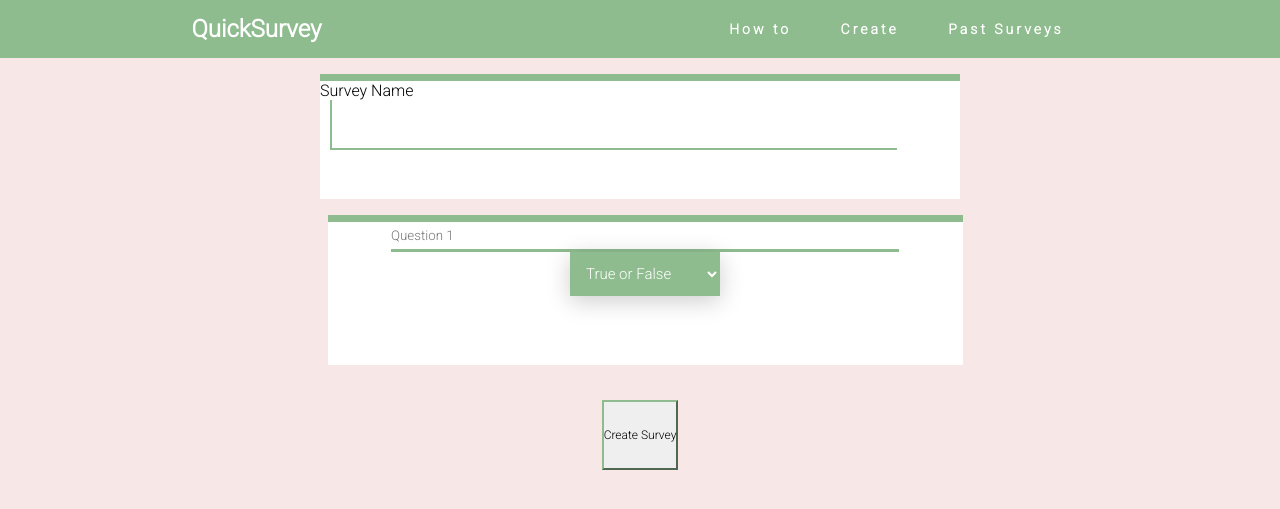
Repository: cakuang1/QuickSurvey
Page: create.html
The author's editor kept a copy of each file at every save. The page is drawn from the files as they stood at one save, then again after the next save.
The browser window is 1280 px wide. The pictures show the whole page.
Some web libraries are served in a nearby version.

Above is the page before, as saved 2022-01-08 23:11:10.

### create.html
<!DOCTYPE html>
<html>
<head>
    <title>QuickSurvey</title>
    <link href="https://fonts.googleapis.com/css2?family=Roboto:wght@300&display=swap" rel="stylesheet">
    <meta charset="UTF-8">
    <link rel="stylesheet" href="style.css">

    <script src="https://kit.fontawesome.com/71865f0e2e.js" crossorigin="anonymous"></script>


</head>

<body>
        <nav class="navbar">
            <div class = 'heading'>
                <h2 id = "logo">QuickSurvey</h2>
            </div>
            <ul class="nav-menu">
                <li><a href="index.html" >How to</a></li>
                <li><a href="create.html">Create</a></li>
                <li><a href="pastsurveys.html">Past Surveys</a></li>
            </ul>
        </nav>

    </div>
    <div class="namecontainer">
        <label>Survey Name </label>
        <form ><input type="text" id = "testing"Survey name="Name"></form>

    </div>
    <form action="">
        <div class = "formdiv">
            <input type="text" class="inps" placeholder="Question 1">
            <select name="" class="selectors">
                <option value="TF">True or False</option>
                <option value="SR">Short Response</option>


            </select>
        </div>
    </form>
    <div align = "center">
    <button class = "adds">  Add    </button><br>
    <button class = "creates">Create Survey</button>
    </div>
</body>
<script src="app.js"></script>
</html>

### style.css
* {
    box-sizing: border-box;
    margin: 0;
    padding: 0;
    font-family: 'Roboto', sans-serif;
}
body{
    background-color: #f7e7e7;


}
nav {
    display: flex;
    justify-content: space-around;
    align-items: center;
    min-height: 8vh;
    background-color: darkseagreen;
}

.nav-menu {
    display: flex;
    justify-content: space-around;
    width: 30%;
}


.creates {
    text-align: center;
    max-width: 140px;
    height:70px;

    padding: 0;
    border-color: darkseagreen;
    color: #000;
    font-size: 12px;
}
.nav-menu li {
    list-style: none;
}
.nav-menu a{
    color:white;
    text-decoration: none;
    letter-spacing: 3px;
    font-weight: bold;
    font-size: 14px;
    padding: 14px 16px;

}
.nav-menu li a:hover:not(.active){
    background-color: lightseagreen;
}
.nav-ment li a.active {
    background-color: darkseagreen;
}



.namecontainer {
    background-color: white;
    width: 50%;
    margin: auto;
    margin-bottom: 1em;
    margin-top: 1em;
    border-top: 7px solid darkseagreen;
    height: 125px;

}

.namecontainer:active {
    background-color: red;
}

.namecontainer input {
    width: 90%;
    height: 50px;
    background: transparent;
    border-top: none;
    border-right: none;
    border-left: 2px solid darkseagreen;
    border-bottom: 2px solid darkseagreen;
    font-size: 35px;
    outline: none;
    padding-top: 20px;
    display: inline-block
}
.adds {
    border: none;
}

h1 {
    text-indent: 10px;
    color:  darkseagreen;
}

form {
    padding-left: 10px;
}
.fas {
    color: gray;
    font-size: 30px;

}
.fas:hover {

    color: darkseagreen;
}

#home {
    background-color: rgb(176, 226, 176);
}

#logo {
    color: white;
}

#listcontainer {
    padding-top: 100px;
    width: fit-content;
    margin: auto;

}

ol {
    padding-top: 25px;
}

ol li {
    font-size: 50px;
    color: white;

}

.formdiv {
    background-color: white;
    width: 50%;margin: auto;margin-bottom: 1em; margin-top: 1em;border-top: 7px solid darkseagreen;
    text-align: center;
    height: 150px;
}


.formdiv .inps{
    height: 30px;
    border-bottom: solid darkseagreen;
    border-left: none;
    border-top: none;
    border-right: none;
    width: 80%;



}

.upperdiv {
    background-color: darkseagreen;
    margin: auto;
    margin-top: 80px;
    width: 60%;
    height: 50px;
    text-align: center;
    line-height: 50px;

}
.wrapper {
    background-color: darkseagreen;
    display: flex;
    flex-direction: column;
    min-height: 100px;
    width: 60%;
    margin: auto;
    margin-top: 10px;


}
.wrapper .holders {
    background-color:whitesmoke;
    margin:10px;
    height: 50px;
}

.formdiv select {
    background-color: darkseagreen;
    color: white;
    padding: 12px;
    width: 150px;
    border: none;
    font-size: 15px;
    box-shadow: 0 5px 25px rgba(0, 0, 0, 0.2);
    -webkit-appearance: button;
    appearance: button;
    outline: none;
  }

### app.js
//selectors
let addbutton = document.querySelector(".adds");
const list = document.querySelector("div");
const endbutton =document.querySelector(".creates");
let questionsdivs = document.querySelectorAll(".formdivs")
let array = [];

// creatinig formstruction
const formstructure = document.createElement('select');
const option1 = document.createElement('option');
const option2 = document.createElement('option');
const option3 = document.createElement('option');
option1.innerText = "True or False";
option2.innerText = "Yes or No";
option3.innerText = "Multiple choice";
formstructure.appendChild(option1);
formstructure.appendChild(option2);
formstructure.appendChild(option3);




// creating question container
let newdiv = document.createElement("div");
let linebreak = document.createElement("br");
let linebreak2 = document.createElement("br");
let newform = document.createElement("form");
let inp = document.createElement("input");
inp.setAttribute("placeholder","Question")
let fcopy = formstructure.cloneNode(true);
newdiv.appendChild(newform);
newform.appendChild(inp);
newform.appendChild(fcopy);
newdiv.appendChild(linebreak);
newdiv.appendChild(addbutton);
newdiv.appendChild(linebreak2);

newdiv.classList.add("formdiv");


addbutton.addEventListener("click",addanother);

function addanother() {
    let clone = newdiv.cloneNode(true);
    console.log(clone);
    selectedbutton.classList.add("questionsbuttons");
    document.body.appendChild(clone);
    document.body.appendChild(endbutton);
    array.push(newdiv);
    console.log(array);
}



let formselector = document.querySelectorAll('formdiv')

function emptyinput(input) {
    if (inputtxt.value.length == 0)
    {
        return true;
    }
    else {
        return false;

    }
}


endbutton.addEventListener("submit",generateform)


function generateform() {
    if (array.length == 0) {
        alert('no questions dumbo');
        return ;
    }




}

After the next save:
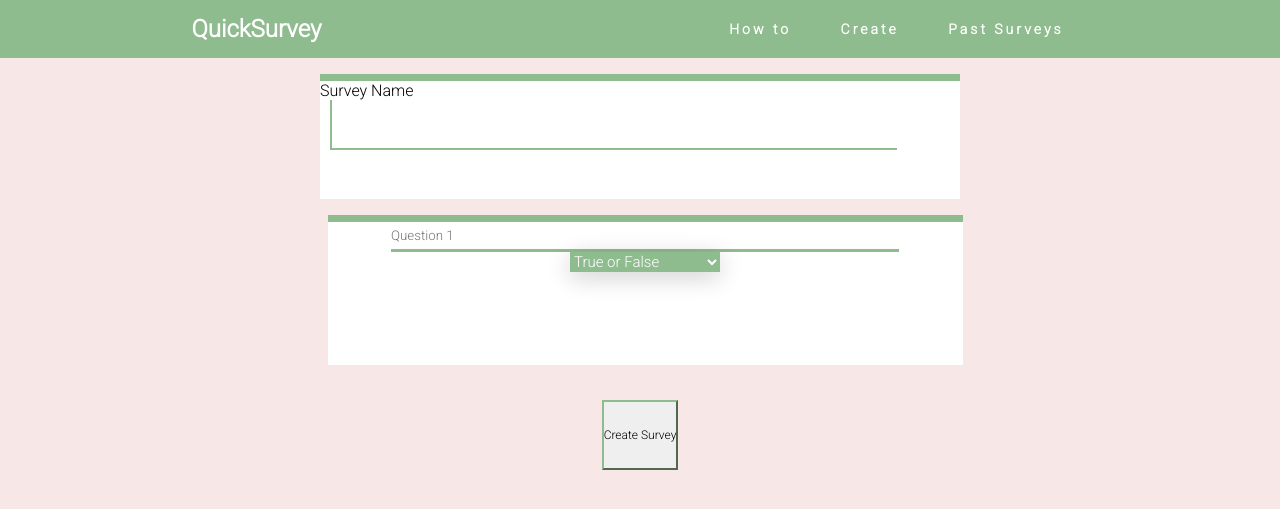
Saved 18 s later.
--- a/style.css
+++ b/style.css
@@ -180,7 +180,6 @@ ol li {
 .formdiv select {
     background-color: darkseagreen;
     color: white;
-    padding: 12px;
     width: 150px;
     border: none;
     font-size: 15px;
